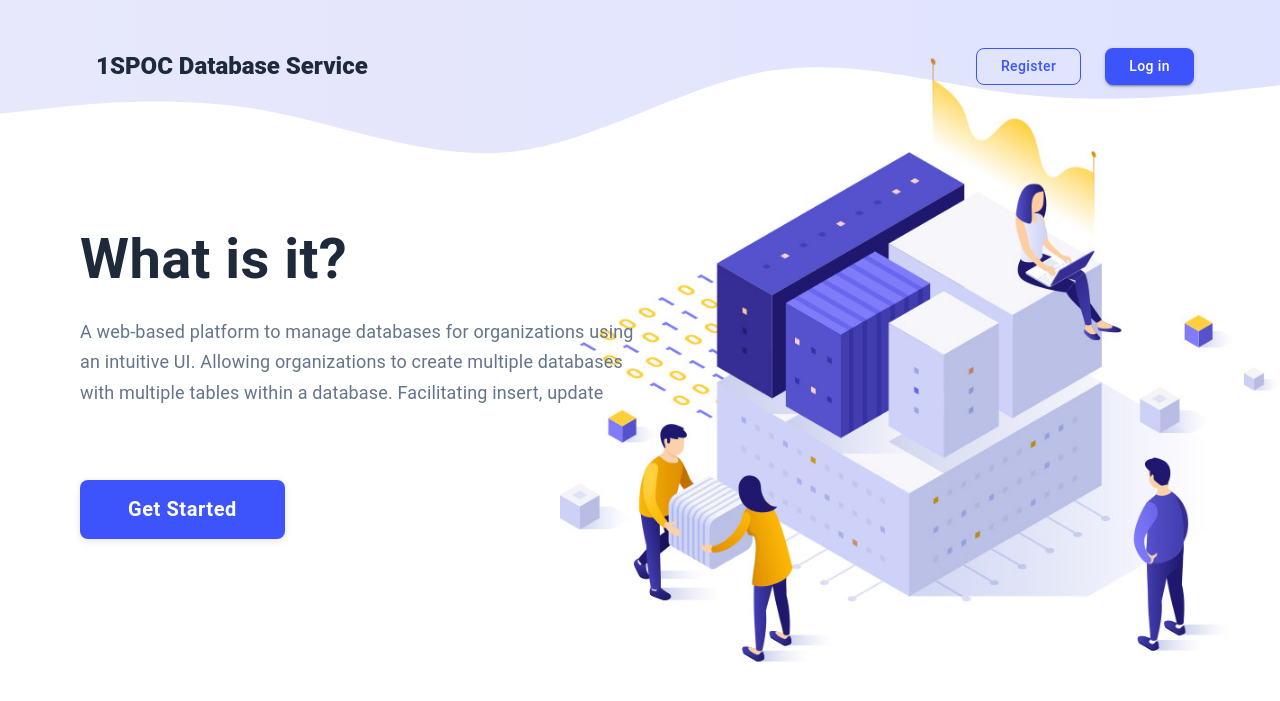
Repository: TanmayVaidya742/DbService
Page: / (app in frontend/)
The author's editor kept a copy of each file at every save. The page is drawn from the files as they stood at one save, then again after a run of saves.
The browser window is 1280 px wide. The pictures show the whole page.
The page's requests for data from a server got no answer. The project was rebuilt for these pictures with package versions that can differ from the ones it lists, and the page was loaded fresh each time. No one was signed in, and anything a server would have sent is missing. Also part of the build but not shown: frontend/src/components/Login.js, frontend/src/components/Register.js, frontend/src/components/Dashboard.js, frontend/src/components/AddDatabaseDialog.js, frontend/src/components/UserDashboard.js, frontend/src/components/Organizations.js, frontend/src/components/EditTableDialog.js, frontend/src/components/CreateTableDialog.js and 3 more.

Above is the page before, as saved 2025-05-08 10:56:52.

After the next 2 saves:
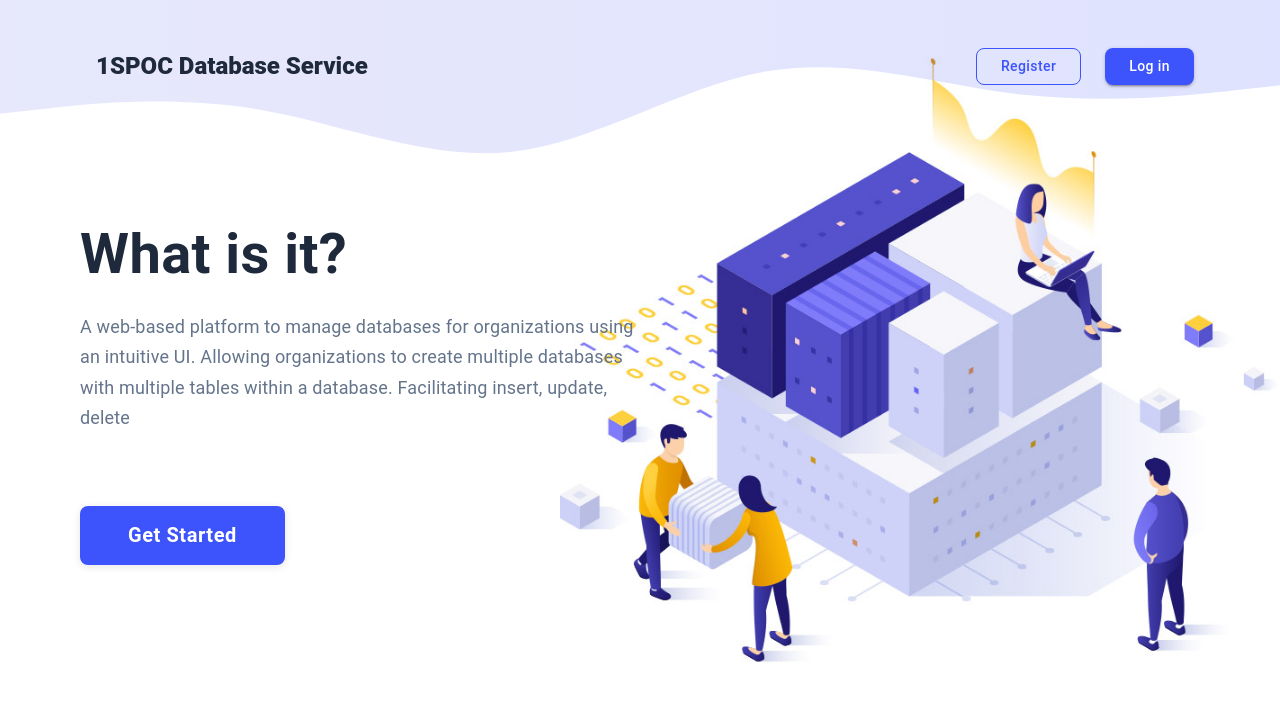
The 2 saves are shown as one change because they came seconds apart.
The last was saved 6 s later.
--- a/frontend/src/components/LandingPage.js
+++ b/frontend/src/components/LandingPage.js
@@ -194,7 +194,7 @@ const LandingPage = () => {
                 >
                   A web-based platform to manage databases for organizations using an intuitive UI.
                   Allowing organizations to create multiple databases with multiple tables within a database.
-                  Facilitating insert, update
+                  Facilitating insert, update, delete
 
                 </Typography>
                 <ButtonGroup
